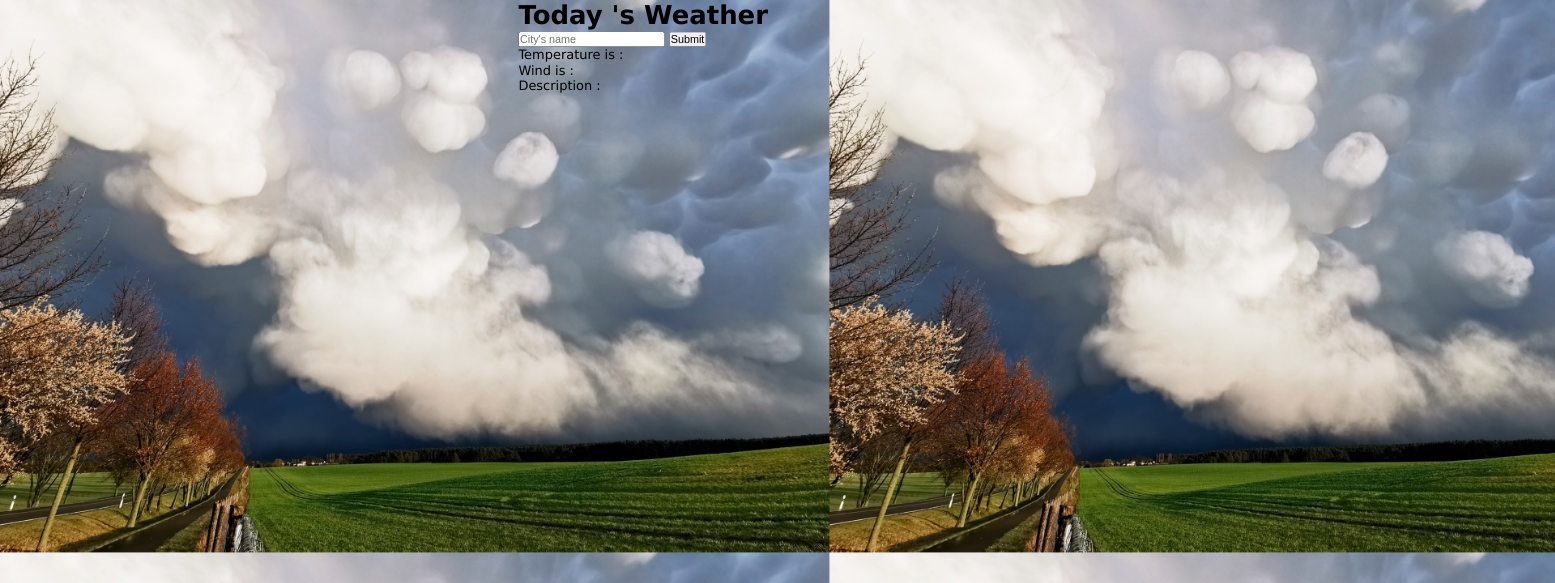
Repository: heartbreathing/searchWeather
Page: index.html
An editor plug-in stored every save of this project. The page is shown before and after a run of saves, followed by the edit.
The browser window is 1280 px wide. The page is 1920 px wide, then 1280 px, so the pictures cover 1920 px, including what lies to the right of the window. The pictures show the whole page, at 81% of full size.

Above is the page before, as saved 2022-11-06 22:23:49.

After the next 5 saves:
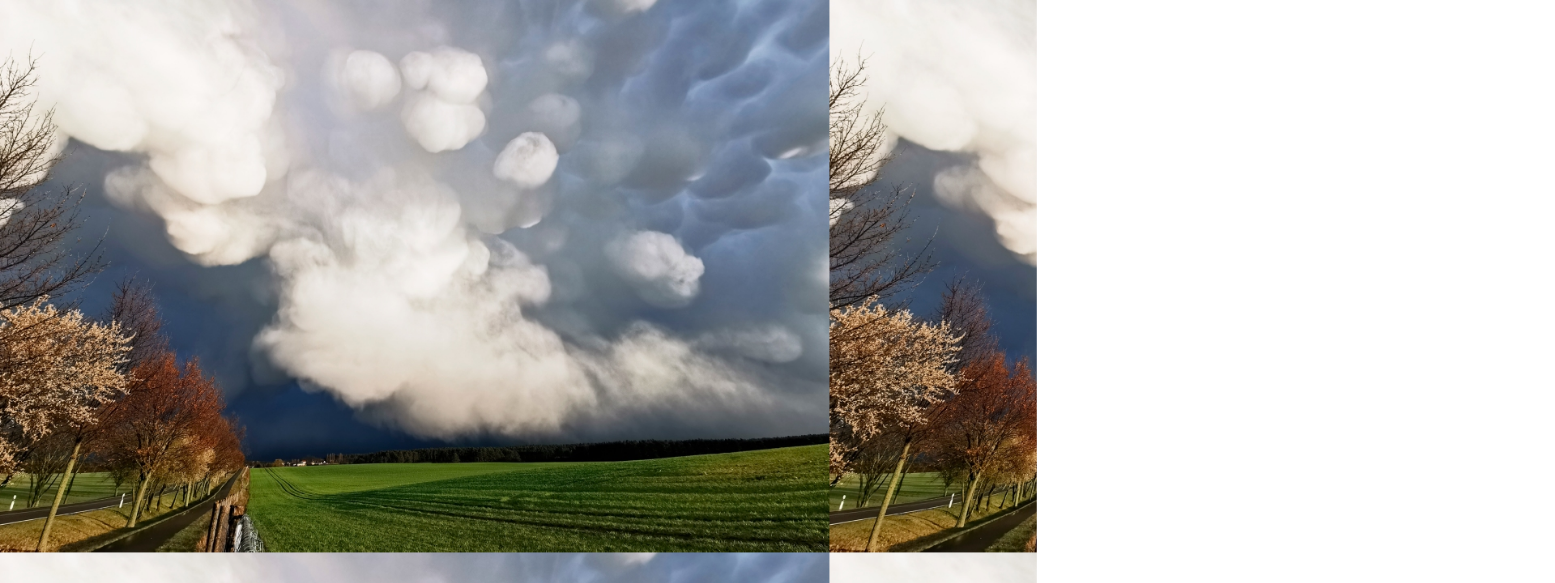
The 5 saves are shown as one change because they came seconds apart.
The last was saved 16 s later.
--- a/index.css
+++ b/index.css
@@ -10,5 +10,5 @@ body {
 .content {
     top:50%;
     left:50%;
-    transform: translate(+50%);
+    transform: translate(-50%, -50%);
 }
